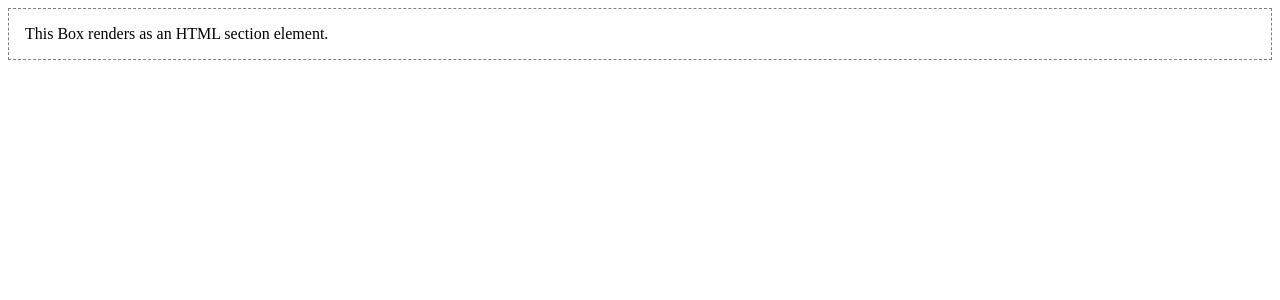
Repository: Angelaliii/SA
Page: /publish (app in next/)
These files come from the project's save history. The page is drawn as it stood at one moment and after a run of saves; the edit follows.
The browser window is 1280 px wide. The pictures show the whole page.
The project was rebuilt for these pictures with package versions that can differ from the ones it lists, and the page was loaded fresh each time. The framework's server and built-in components were replaced by stand-ins that run in the browser.

Above is the page before, as saved 2025-03-24 16:04:40.

After the next 6 saves:
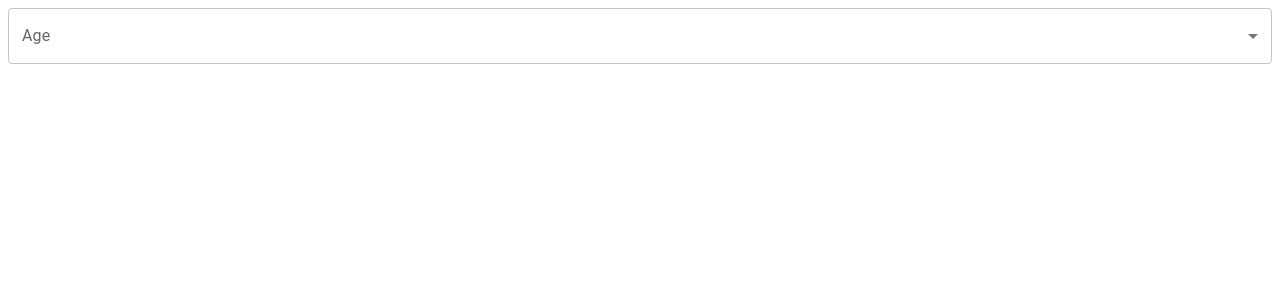
The 6 saves are shown as one change because 2 did not build or start and some came seconds apart.
The last was saved 38 min 50 s later.
--- a/next/app/publish/page.tsx
+++ b/next/app/publish/page.tsx
@@ -1,10 +1,37 @@
+import * as React from 'react';
+import  { Box, Select, MenuItem, ListSubheader } from '@mui/material/Box';
+
+
 import * as React from 'react';
 import Box from '@mui/material/Box';
+import InputLabel from '@mui/material/InputLabel';
+import MenuItem from '@mui/material/MenuItem';
+import FormControl from '@mui/material/FormControl';
+import Select, { SelectChangeEvent } from '@mui/material/Select';
 
-export default function BoxBasic() {
+export default function BasicSelect() {
+  const [age, setAge] = React.useState('');
+
+  const handleChange = (event: SelectChangeEvent) => {
+    setAge(event.target.value as string);
+  };
+
   return (
-    <Box component="section" sx={{ p: 2, border: '1px dashed grey' }}>
-      This Box renders as an HTML section element.
+    <Box sx={{ minWidth: 120 }}>
+      <FormControl fullWidth>
+        <InputLabel id="demo-simple-select-label">Age</InputLabel>
+        <Select
+          labelId="demo-simple-select-label"
+          id="demo-simple-select"
+          value={age}
+          label="Age"
+          onChange={handleChange}
+        >
+          <MenuItem value={10}>Ten</MenuItem>
+          <MenuItem value={20}>Twenty</MenuItem>
+          <MenuItem value={30}>Thirty</MenuItem>
+        </Select>
+      </FormControl>
     </Box>
   );
 }
